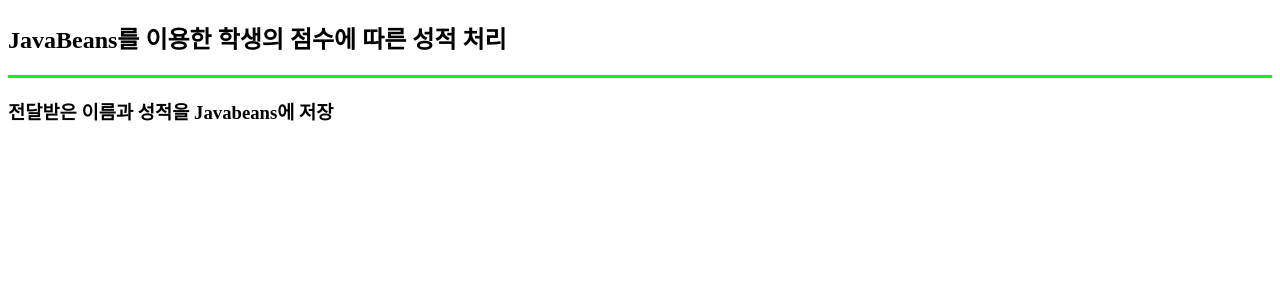
Repository: Hyuk-II/2-2
Page: http://localhost/기말고사/grade.jsp
The author's editor kept a copy of each file at every save. The page is drawn from the files as they stood at one save, then again after the next save.
The browser window is 1280 px wide. The pictures show the whole page.
The page is served by Tomcat 9.

Above is the page before, as saved 2024-12-09 01:44:51.

### 웹 프로그래밍/기말고사/src/main/webapp/grade.jsp
<%@ page language="java" contentType="text/html; charset=UTF-8"
    pageEncoding="UTF-8"%>
<!DOCTYPE html>
<html>
<head>
<meta charset="UTF-8">
<title>Q5</title>
</head>
<body>
	<h2>JavaBeans를 이용한 학생의 점수에 따른 성적 처리</h2>
	<jsp:useBean id="score" class = "com.bean.MyBean" scope="page"/>
	<hr size ="3" color="#00ff00">
	<h3> 전달받은 이름과 성적을 Javabeans에 저장 </h3>
</body>
</html>

### 웹 프로그래밍/기말고사/src/main/java/com/bean/MyBean.java
package com.bean;

public class MyBean {
	String name;
	int point;
	String grade;
}

After the next save:
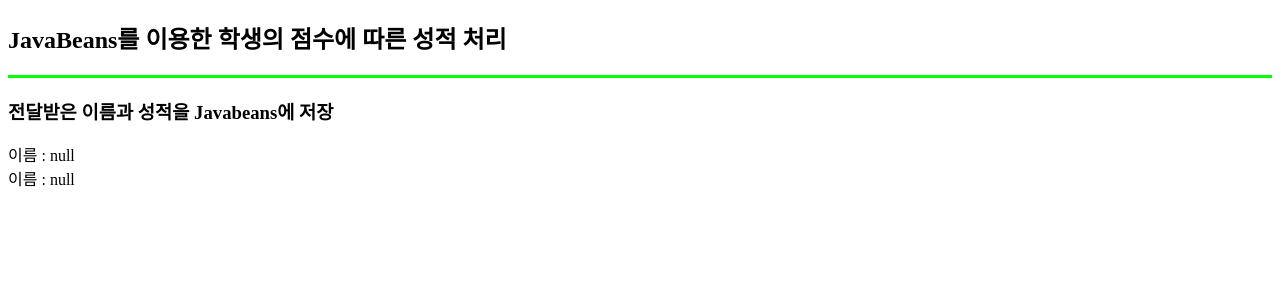
Saved 22 s later.
--- a/웹 프로그래밍/기말고사/src/main/webapp/grade.jsp
+++ b/웹 프로그래밍/기말고사/src/main/webapp/grade.jsp
@@ -11,5 +11,7 @@
 	<jsp:useBean id="score" class = "com.bean.MyBean" scope="page"/>
 	<hr size ="3" color="#00ff00">
 	<h3> 전달받은 이름과 성적을 Javabeans에 저장 </h3>
+	이름 : <%= request.getParameter("name") %><br>
+	이름 : <%= request.getParameter("name") %><p>
 </body>
 </html>
